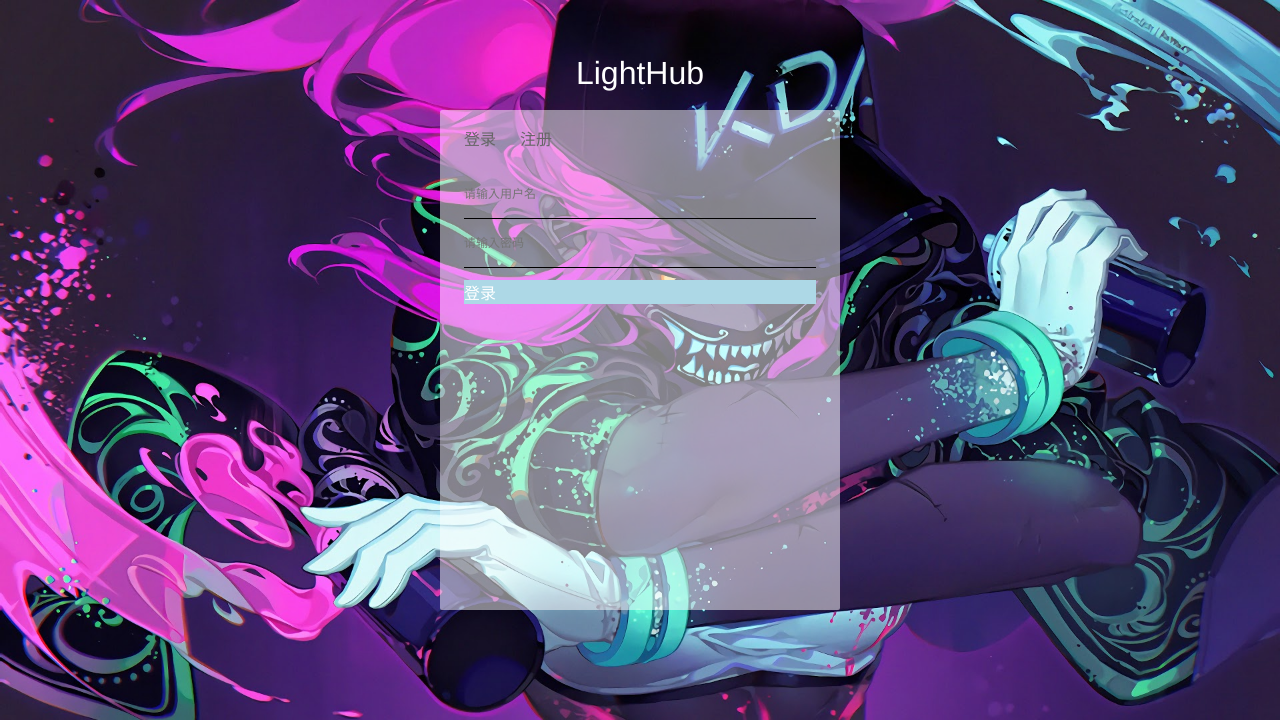
Repository: Martinell1/LightHub
Page: /login (app in LightHub/)
The author's editor kept a copy of each file at every save. The page is drawn from the files as they stood at one save, then again after the next save.
The browser window is 1280 px wide. The pictures show the whole page.
The project was rebuilt for these pictures with package versions that can differ from the ones it lists, and the page was loaded fresh each time. Also part of the build but not shown: LightHub/vite.config.ts.

Above is the page before, as saved 2021-11-21 00:20:58.

After the next save:
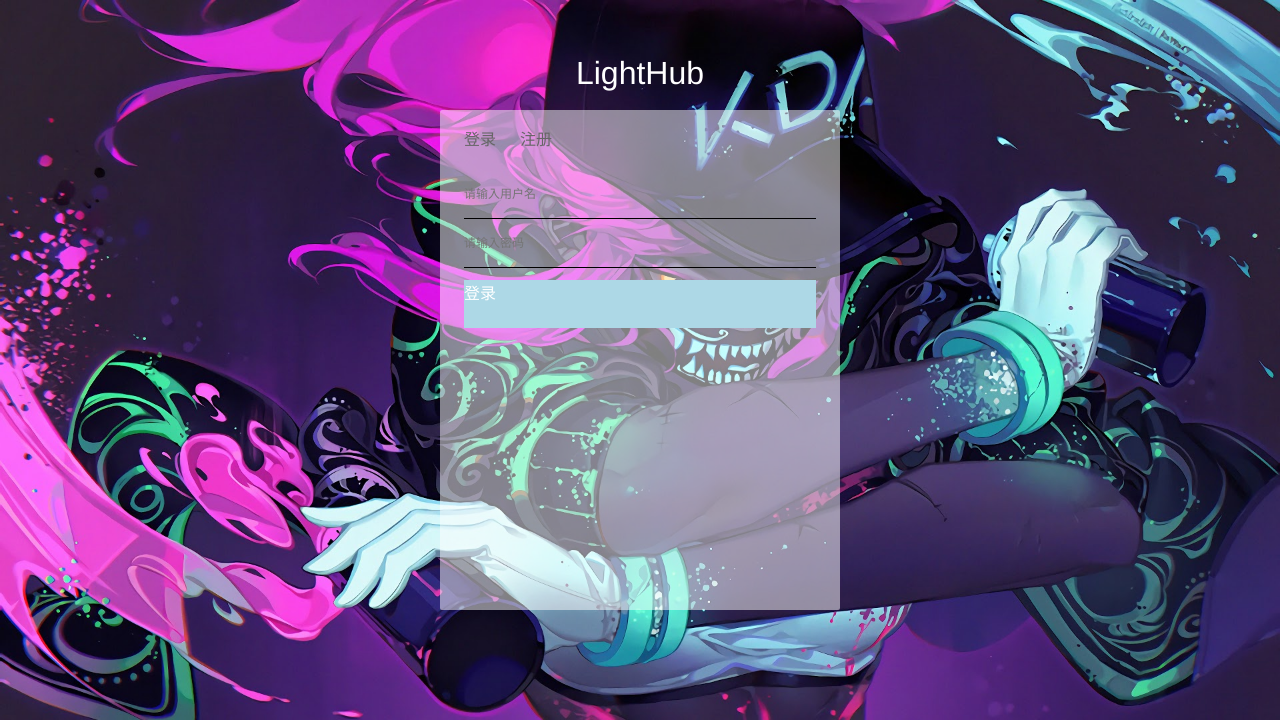
Saved 10 s later.
--- a/LightHub/src/views/Login.vue
+++ b/LightHub/src/views/Login.vue
@@ -73,7 +73,7 @@
 
     .login-form-btn {
       margin: 12px 0;
-      height: 24px;
+      height: 48px;
       color: white;
       background-color: lightblue;
     }

After the save that followed:
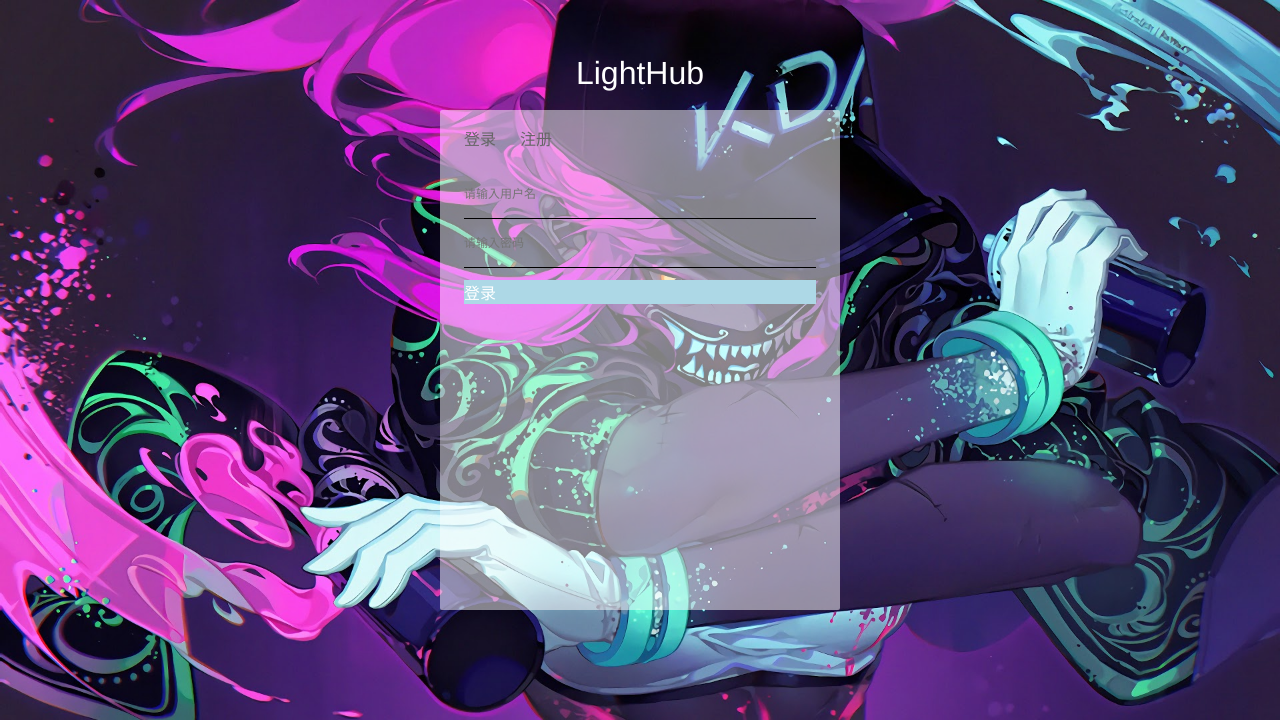
Saved 6 s later.
--- a/LightHub/src/views/Login.vue
+++ b/LightHub/src/views/Login.vue
@@ -73,7 +73,7 @@
 
     .login-form-btn {
       margin: 12px 0;
-      height: 48px;
+      height: 24px;
       color: white;
       background-color: lightblue;
     }
